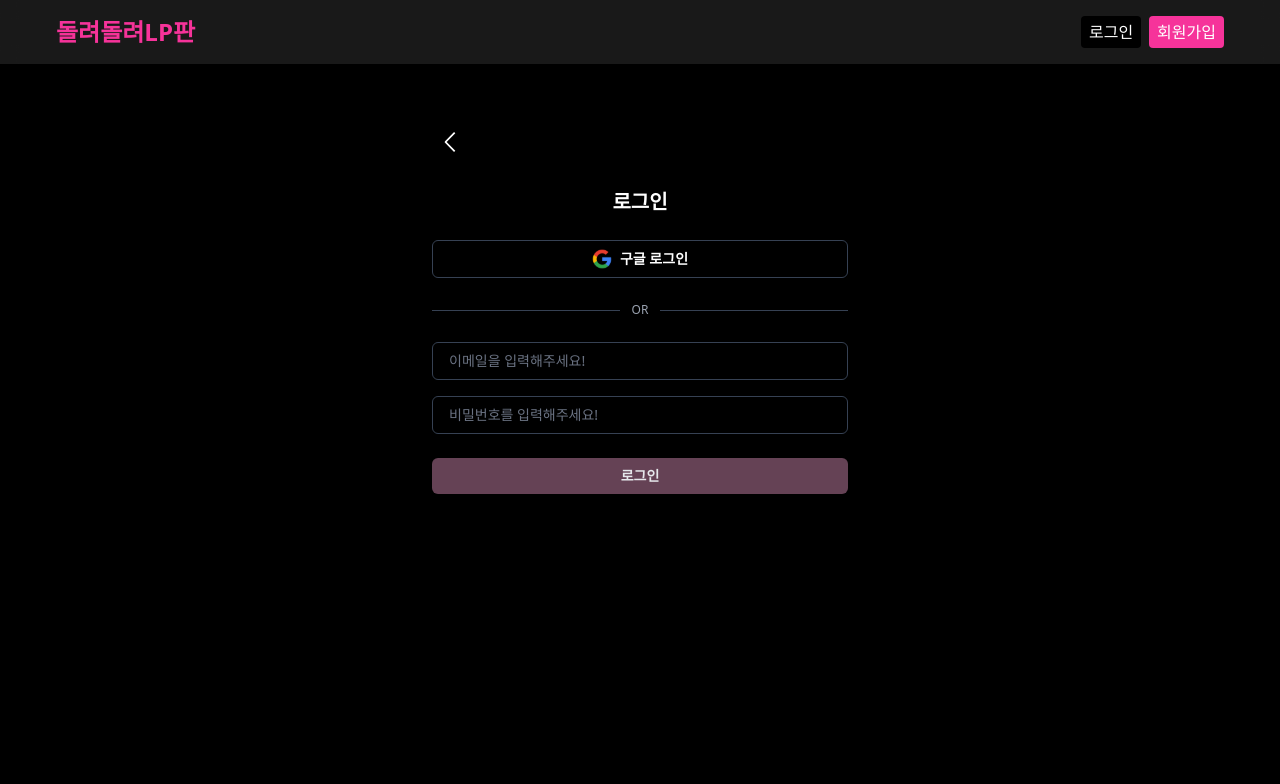
Repository: DSWU-UMC-9th/UMC-9th-Yeon
Page: /login (app in week4/)
These files come from the project's save history. The page is drawn as it stood at one moment and after the next save; the edit follows.
The browser window is 1280 px wide. The pictures show the whole page.
The project was rebuilt for these pictures with package versions that can differ from the ones it lists, and the page was loaded fresh each time. Also part of the build but not shown: week4/vite.config.ts, week4/src/api/tmdb.ts, week4/src/components/MovieCard.tsx, week4/src/components/Spinner.tsx, week4/src/components/Pager.tsx, week4/src/hooks/useMovies.ts, week4/src/pages/Home.tsx, week4/src/pages/Popular.tsx and 4 more.

Above is the page before, as saved 2025-11-04 23:07:07.

After the next save:
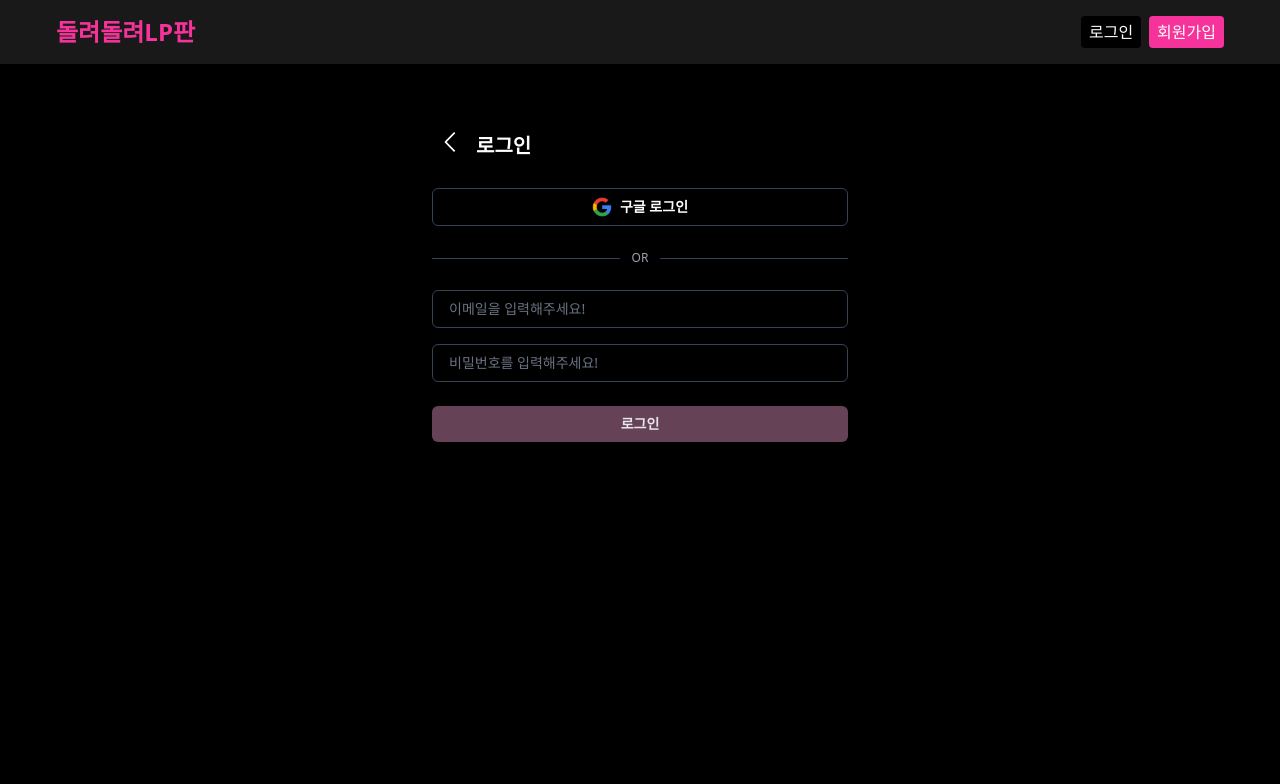
Saved 25 s later.
--- a/week4/src/pages/Login.tsx
+++ b/week4/src/pages/Login.tsx
@@ -50,9 +50,9 @@ export default function Login() {
           >
             <img src={backLogo} alt="back" className="mr-2 h-5 w-5" />
           </button>
+
+          <h1 className="text-center text-xl font-semibold">로그인</h1>
         </div>
-
-        <h1 className="text-center text-xl font-semibold">로그인</h1>
 
         {/* 구글 로그인 */}
         <Button
